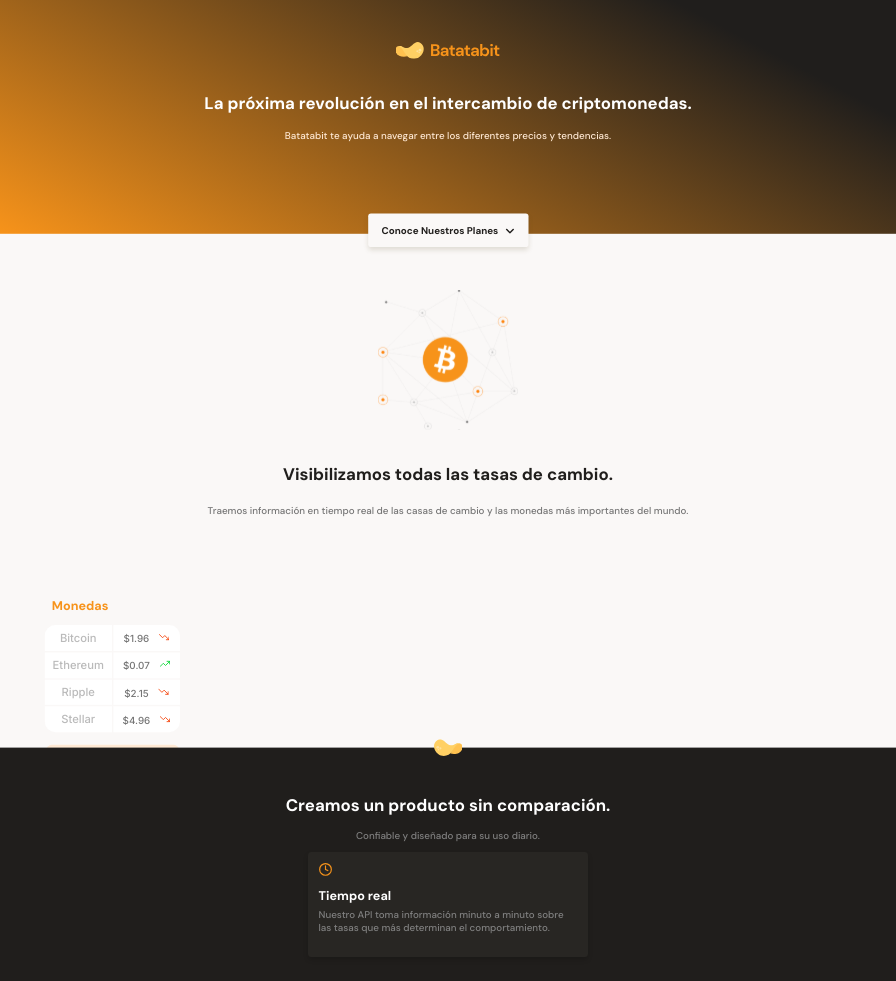
Repository: Pandrea-hub/Batatabit
Page: index.html
The author's editor kept a copy of each file at every save. The page is drawn from the files as they stood at one save, then again after the next save.
The browser window is 1280 px wide. The pictures show the whole page, at 70% of full size.

Above is the page before, as saved 2022-04-11 10:25:09.

### index.html
<!DOCTYPE html>
<html lang="en">
<head>
    <meta charset="UTF-8">
    <meta http-equiv="X-UA-Compatible" content="IE=edge">
    <meta name="viewport" content="width=device-width, initial-scale=1.0">
    <title>Document</title>
    <link rel="preconnect" href="https://fonts.googleapis.com">
    <link rel="preconnect" href="https://fonts.gstatic.com" crossorigin>
    <link href="https://fonts.googleapis.com/css2?family=DM+Sans:wght@400;500;700&family=Inter:wght@300;500;700&display=swap" rel="stylesheet">
    <link rel="stylesheet" href="./style.css">
</head>
<body>


    <header>

        <img src="./assets/img/logo.svg" alt="Logo del header donde estara una patata y el nombre que es Batatabit"/>
        <div class="header--title-container">
            <h1>La próxima revolución en el intercambio de criptomonedas.</h1>
            <p>Batatabit te ayuda a navegar entre los diferentes precios y tendencias.</p>
            <a href="" class="header--button">Conoce Nuestros Planes<span></span></a>
        </div>
    </header>


    <main>
        <section class="main-exchange--container">
            <div class="backgroungImg"></div>
            <div class="main-exchange--container--title">
                <h2>Visibilizamos todas las tasas de cambio.</h2>
                <p>Traemos información en tiempo real de las casas de cambio y las monedas más importantes del mundo.</p>
            </div>

            <section class="main-tables-container">
                <div class="main-currency-table">



                    <div class="currenty-table">

                        <div class="container-arrow--left" id="arrow-left"></div>

                        <div class="currency-table--container" id="table-1">
                            <p class="currency-table--title" id="title-1">Monedas</p>
                            <table>
                                <tr>
                                    <tr>
                                        <td class="table__top--left">Bitcoin</td>
                                        <td class="table__top--right table__right">$1.96 <span class="down"></span></td>
                                    </tr>
                                    <tr>
                                        <td>Ethereum</td>
                                        <td class="table__right">$0.07 <span class="up"></span></td>
                                    </tr>
                                    <tr>
                                        <td>Ripple</td>
                                        <td class="table__right">$2.15 <span class="down"></span></td>
                                    </tr>
                                    <tr>
                                        <td class="table__bottom--left">Stellar</td>
                                        <td class="table__bottom-right table__right">$4.96 <span class="down"></span></td>
                                    </tr>
                                </tr>
                            </table>
                        </div>


                        <div class="currency-table--container" id="table-2">
                            <p class="currency-table--title" id="title-2">Comisiones</p>
                            <table>
                                <tr>
                                    <tr>
                                        <td class="table__top--left">Bitrade</td>
                                        <td class="table__top--right table__right">$ 12.96</td>
                                    </tr>
                                    <tr>
                                        <td>Bitpreco</td>
                                        <td class="table__right">$ 13.07</td>
                                    </tr>
                                    <tr>
                                        <td>Novadax</td>
                                        <td class="table__right">$ 13.15</td>
                                    </tr>
                                    <tr>
                                        <td class="table__bottom--left">Coinext</td>
                                        <td class="table__bottom-right table__right">$ 14.96</td>
                                    </tr>
                                </tr>
                            </table>
                        </div>

                        <div class="container-arrow" id="arrow-right"></div>

                    </div>

                    <div class="currency-table--date" id="table-date">
                        <p><b>Actualizado:</b> 17 Julio 23:11 </p></p>
                    </div>

                </div>
            </section>
        </section>

    <script>
        const arrow_right = document.getElementById("arrow-right")
        const arrow_left = document.getElementById("arrow-left")
        const table_1 = document.getElementById("table-1")
        const table_2 = document.getElementById("table-2")
        const date = document.getElementById("table-date");


        arrow_right.onclick = function(){
            arrow_right.style.display="none";
            table_1.style.display = "none"
            table_2.style.display = "grid"
            arrow_left.style.display = "block"
            date.style.backgroundColor="#E7F5FF";
        }
        arrow_left.onclick = function(){
            arrow_left.style.display="none";
            table_1.style.display = "grid"
            table_2.style.display = "none"
            arrow_right.style.display = "block"
            date.style.backgroundColor="#FFE9D4";
        }
    </script>


        <section class="main-product--detail">
            <span class="product-detail--batata-logo"></span>
            <div class="product-detail--title">
                <h2>Creamos un producto sin comparación.</h2>
                <p>Confiable y diseñado para su uso diario.</p>
            </div>
            <section class="product-cards--container">
                <article class="product-detail--card">
                    <span class="icon-card clock"></span>
                    <p class="product-card--title">Tiempo real</p>
                    <p class="product-card--body">Nuestro API toma información minuto a minuto sobre las tasas que más determinan el comportamiento.</p>
                </article>
            </section>

        </section>



        <section></section>



        <section></section>
    </main>

    <footer></footer>

</body>
</html>

### style.css
/*
1. Position
2. Box model
3. typography
4. Visual themes
5. Others
*/

:root{
    --bitcoin-orange:#F7931A;
    --soft-orange:#FFE9D4;
    --secondary-blue:#1A9AF7;
    --soft-blue:#E7F5FF;
    --warm-black:#201E1C;
    --black: #201e1c;
    --grey: #bababa;
    --off-white: #faf8f7;
    --just-white: #fff;
}

*{
    padding: 0;
    margin: 0;
    box-sizing: border-box;
}


html{
    font-size: 62.5%;
    font-family: "DM Sans", sans-serif;
}

header{
    position: relative;
    display: flex;
    flex-direction:column;
    justify-content: center;
    width: 100%;
    height: 334px;
    min-width: 320px;
    text-align: center;
    background: linear-gradient(207.8deg, #201E1C 16.69%, #F7931A 100%);

}

header img{
    width: 150px;
    height: 24px;
    margin-top: 60px;
    align-self: center;
}

.header--title-container{
    width: 90%;
    min-width: 288px;
    max-width: 900px;
    height: 218px;
    margin-top: 50px;
    text-align: center;
    align-self:center;
}

.header--title-container h1{
    font-size: 2.4rem;
    font-weight: bold;
    line-height: 2.6rem;
    color: var(--just-white);
}

.header--title-container p{
    font-size: 1.4rem;
    font-weight: 500;
    line-height: 1.8rem;
    color:var(--soft-orange);
    margin-top: 2.4rem;
}


.header--title-container .header--button{
    left: calc(50% - 229px/2);
    position: absolute;
    top: 270px;
    display: block;
    margin-top: 35px;
    padding: 15px;
    width: 229px;
    height: 48px;
    background-color: var(--off-white);
    /* Box shadow */
    box-shadow: 0px 4px 8px rgba(89, 73, 30, 0.16);
    border-radius: 4px;
    font-weight: bold;
    font-size: 14px;
    line-height: 18px;
    color:var(--warm-black);
    text-decoration: none;
}

.header--button span{
    display: inline-block;
    width: 13px;
    height: 8px;
    margin-left: 10px;
    background-image: url('./assets/icons/down-arrow.svg');
}

main{
    width: 100%;
    height: auto;
    background-color:var(--off-white);
    min-width: 320px;
}


.main-exchange--container{
    width: 100%;
    height: auto;
    padding-top: 80px;
    padding-bottom: 30px;
    text-align: center;
}

.main-exchange--container--title{
    width: 100%;
    min-width: 288px;
    max-width: 900px;
    margin: 0 auto;
}

.main-exchange--container .backgroungImg{
    width: 200px;
    height: 200px;
    margin: 0 auto;
    margin-bottom: 50px;
    background-image: url(./assets/img/bitcoin.svg);
    background-size: cover;
    background-position: center;
    background-repeat: no-repeat;
}


.main-exchange--container--title h2{
    margin-bottom: 30px;
    font-size: 2.4rem;
    font-weight: bold;
    line-height: 2.6rem;
    align-self:center;
    color:var(--warm-black);
}


.main-exchange--container--title p{
    margin-bottom: 30px;
    font-size: 1.4rem;
    line-height: 1.8rem;
    font-weight: 500;
    color:#757575;
}



.main-currency-table{
    display: flex;
    flex-direction: column;
    width: 70%;
    min-width: 235px;
    max-width: 500px;
    height: 240px;
    margin: 0 auto;
    font-family: "Inter", sans-serif;
}

.main-currency-table .currency-table--title{
    width: 81px;
    height: 23px;
    left: 74px;
    top: 854px;
    position: absolute;
    margin-bottom: 15px;
    font-size: 1.8rem;
    font-weight: bold;
    line-height: 2.3rem;
    font-family: "DM Sans";
    color:var(--bitcoin-orange);
    position: absolute;

}


.currency-table--container{
    margin: 0 auto;
    width: 90%;
    min-width: 230px;
    max-width: 300px;
    height: 90px;


}

.currency-table--container table{
    width: 100%;
    height: 100%;
    width: 197px;
    height: 159px;
    left: 62px;
    top: 889px;
    margin: 0 auto;
    position: absolute;
}


.currency-table--container td{
    width: 50%;
    font-size: 1.6rem;
    font-weight: 500;
    line-height: 1.9rem;
    color:var(--grey);
    background-color:var(--just-white);
    margin: 0px 10px;

}

.table__top--left{
    border-radius: 15px 0 0 0;
}

.table__top--right{
    border-radius:0 15px 0 0;
}


.table__bottom-right{
    border-radius:0 0 15px 0;
}

.table__bottom--left{
    border-radius:0 0 0 15px;
}

.currency-table--container .table__right{
    font-size: 1.4rem;
    font-weight: normal;
    line-height: 1.7rem;
    color:#757575;
}


.currency-table--container .down{
    display: inline-block;
    width: 15px;
    height: 15px;
    margin-left: 10px;
    background-image:url("./assets/icons/trending-down.svg");
    background-size:cover;
    background-repeat:no-repeat;
}

.currency-table--container .up{
    display: inline-block;
    width: 15px;
    height: 15px;
    margin-left: 10px;
    background-image:url("./assets/icons/trending-up.svg");
    background-size:cover;
    background-repeat:no-repeat;
}


.currenty-table{

    display: grid;
    grid-template-columns: 1fr 1fr 1fr;
}


.container-arrow{
    height: 10px;
    width: 12px;
    background-image: url("../assets/icons/right-arrow.svg");
    background-repeat: no-repeat;
    background-size: contain;
    background-position: center;
    position: absolute;
    margin-top:41.8%;
    right: 31px;
    cursor: pointer;
}


.container-arrow--left{
    display: none;
    height: 10px;
    width: 12px;
    background-image: url("../assets/icons/left-arrow.svg");
    background-repeat: no-repeat;
    background-size: contain;
    background-position: center;
    position: absolute;
    margin-top: 41.8%;
    left: 32px;
    cursor: pointer;
}


#title-2{
    color:var(--secondary-blue);
}



.currency-table--date{
    margin: 0 auto;
    font-size: 12px;
    position: absolute;
    width: 190px;
    height: 31px;
    left: 66px;
    top: 1064px;
    padding: 8px;
    background-color:var(--soft-orange);
    border-radius:8px;
}

#table-2{
    display: none;
}

.main-product--detail{
    position: relative;
    width: 100%;
    min-width: 320px;
    height: auto;
    padding: 20px 10px;
    background-color:var(--warm-black);
    margin-top: 30px;
}


.product-detail--batata-logo{
    left: calc(50% - 20px);
    top: -12.5px;
    position: absolute;
    width: 40px;
    height: 25px;
    background-image:url("./assets/icons/batata.svg");
}


.product-detail--title{
    width: 90%;
    min-width: 288px;
    height: auto;
    margin: 0 auto;
    margin-top: 50px;
    text-align: center;
}


.product-detail--title h2{
    margin-bottom: 20px;
    font-size: 2.4rem;
    font-weight: bold;
    line-height: 2.6rem;
    color:var(--just-white);

}

.product-detail--title p{
    color:#808080;
    font-size: 1.4rem;
    font-weight: 500;
    line-height: 1.8rem;
}


.product-detail--card{
    width: 90%;
    min-width: 288px;
    max-width: 400px;
    height: 150px;
    margin: 15px auto;
    padding: 15px;
    background-color:#282623;
    border-radius:5px;
    box-shadow:0px 4px 8px rgba(0, 0, 0, 0.16);

}


.product-detail--card .icon-card{
    display: inline-block;
    width: 20px;
    height: 20px;
    background-position: center;
    background-size: cover;
    background-repeat: no-repeat;
    margin-bottom: 15px;

}

.clock{
    background-image:url("./assets/icons/clock.svg");
}

.product-card--title{
    font-weight: 700;
    font-weight: bold;
    font-size: 1.8rem;
    line-height: 1.8rem;
    color:var(--just-white);
}


.product-card--body{
    font-weight: 500;
    font-size: 1.4rem;
    line-height: 1.8rem;
    color: #808080;
    margin-top: 10px;
}

After the next save:
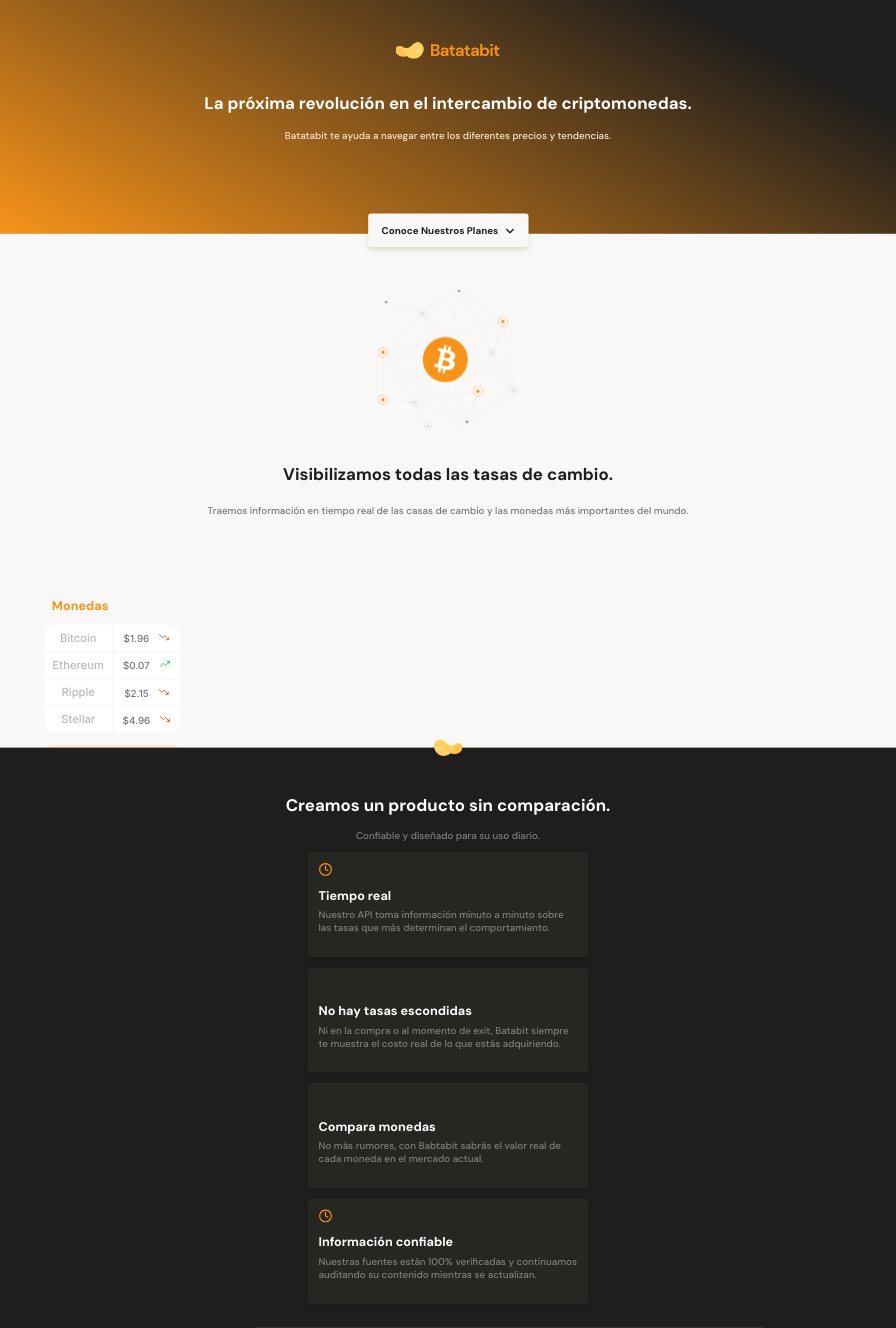
Saved 115 s later.
--- a/index.html
+++ b/index.html
@@ -139,6 +139,28 @@
                     <p class="product-card--title">Tiempo real</p>
                     <p class="product-card--body">Nuestro API toma información minuto a minuto sobre las tasas que más determinan el comportamiento.</p>
                 </article>
+
+                <article class="product-detail--card">
+                    <span class="icon-card tasas"></span>
+                    <p class="product-card--title">No hay tasas escondidas</p>
+                    <p class="product-card--body">Ni en la compra o al momento de exit, Batabit siempre te muestra el costo real de lo que estás adquiriendo.</p>
+                </article>
+
+
+                <article class="product-detail--card">
+                    <span class="icon-card money"></span>
+                    <p class="product-card--title">Compara monedas</p>
+                    <p class="product-card--body">No más rumores, con Babtabit sabrás el valor real de cada moneda en el mercado actual.</p>
+                </article>
+
+
+                <article class="product-detail--card">
+                    <span class="icon-card clock"></span>
+                    <p class="product-card--title">Información confiable</p>
+                    <p class="product-card--body">Nuestras fuentes están 100% verificadas y continuamos auditando su contenido mientras se actualizan.</p>
+                </article>
+
+
             </section>
 
         </section>
